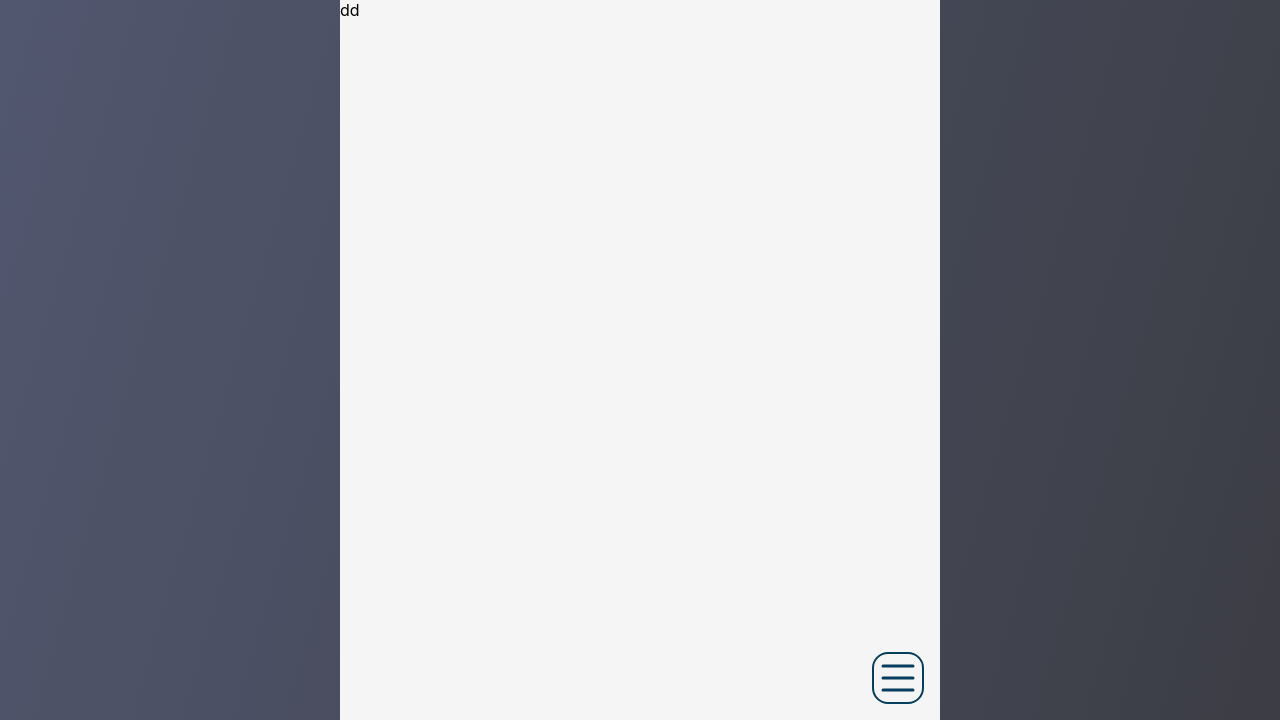
Repository: SeungYn/hanium
Page: /
An editor plug-in stored every save of this project. The page is shown before and after a run of saves, followed by the edit.
The browser window is 1280 px wide. The pictures show the whole page.
The project was rebuilt for these pictures with package versions that can differ from the ones it lists, and the page was loaded fresh each time. Also part of the build but not shown: src/App.css, src/components/ReadPopup/ReadPopup.module.css, src/components/ReadPopup/ReadPopup.jsx, src/pages/login/Login.jsx.

Above is the page before, as saved 2022-10-27 20:55:40.

### src/index.js
import React from 'react';
import ReactDOM from 'react-dom/client';
import './index.css';
import App from './App';

import { AuthErrorEventBus, AuthProvider } from './context/AuthContext';
import TokenStorage from './db/token';
import HttpClient from './network/http';
import AuthService from './service/auth';

const baseURL = 'https://a9eed7d2c59d48.lhr.life';
const tokenStorage = new TokenStorage();
const authErrorEventBus = new AuthErrorEventBus();
const httpClient = new HttpClient(baseURL, authErrorEventBus, tokenStorage);
const authService = new AuthService(httpClient, tokenStorage);

const root = ReactDOM.createRoot(document.getElementById('root'));
root.render(
  <React.StrictMode>
    <AuthProvider
      authService={authService}
      authErrorEventBus={authErrorEventBus}
      tokenStorage={tokenStorage}
    >
      <App authService={authService} />
    </AuthProvider>
  </React.StrictMode>
);

### src/index.css
:root {
  --color-darkBlue: #073d5d;
  --color-main: #42a5f5;
  --color-bg-dark: #f5f5f5;
  --color-bg: #fdfffd;
  --color-font: #073d5d;
  --color-accent: #073d5d;
  --color-font-accent: white;
  --color-error-bg: rgba(173, 173, 173, 0.401);
  --color-popup-bg: white;
  /* 사이즈 */
  --font-size-medium: 1.4rem;
  --font-size-small: 1rem;
}

* {
  box-sizing: border-box;
}

html,
body {
  height: 100%;
  width: 100%;
  margin: 0;
  background: rgb(81, 87, 111);
  background: linear-gradient(
    106deg,
    rgba(81, 87, 111, 1) 0%,
    rgba(60, 61, 69, 1) 100%
  );
  accent-color: var(--color-accent);
}
a {
  text-decoration: none;
  color: var(--color-font);
}
ul {
  padding: 0;
  margin: 0;
  list-style: none;
}
#root {
  height: 100%;
  width: 100%;
  max-width: 600px;
  background-color: var(--color-bg-dark);
  margin: auto;
  display: flex;
  flex-direction: column;
  position: relative;
}

button {
  cursor: pointer;
}
body {
  margin: 0;
  font-family: -apple-system, BlinkMacSystemFont, 'Segoe UI', 'Roboto', 'Oxygen',
    'Ubuntu', 'Cantarell', 'Fira Sans', 'Droid Sans', 'Helvetica Neue',
    sans-serif;
  -webkit-font-smoothing: antialiased;
  -moz-osx-font-smoothing: grayscale;
}

code {
  font-family: source-code-pro, Menlo, Monaco, Consolas, 'Courier New',
    monospace;
}

### src/App.js
import { useCallback } from 'react';
import { createBrowserRouter, RouterProvider } from 'react-router-dom';
import './App.css';
import FirstPage from './pages/firstPage/FirstPage';
import Root from './pages/Root';

// const router = createBrowserRouter([
//   {
//     path: '/',
//     element: <Root />,
//     children: [],
//   },
// ]);

function App({ authService }) {
  const router = useCallback(
    createBrowserRouter([
      {
        path: '/',
        element: <Root />,
        children: [
          { index: true, element: <FirstPage authService={authService} /> },
        ],
      },
    ]),
    [authService]
  );
  return <RouterProvider router={router} />;
}

export default App;

### src/context/AuthContext.jsx
import {
  createContext,
  createRef,
  useCallback,
  useContext,
  useEffect,
  useImperativeHandle,
  useMemo,
  useState,
} from 'react';
import ReadPopup from '../components/ReadPopup/ReadPopup';

import Login from '../pages/login/Login';

const AuthContext = createContext({});

const contextRef = createRef();

export function AuthProvider({
  authService,
  authErrorEventBus,
  children,
  tokenStorage,
}) {
  const [user, setUser] = useState(1);
  const [error, setError] = useState(null);

  const context = useMemo(() => ({}), []);

  const onLogin = async ({ loginId, password }) => {
    await authService
      .headerTokenLogin(loginId, password)
      .then((data) => {
        console.log(data);
        tokenStorage.saveUser({
          memberId: data.memberId,
          nickname: data.nickname,
        });
        setUser({ memberId: data.memberId, nickName: data.nickname });
        console.log(tokenStorage.getUser());
        return;
      })
      .catch((error) => {
        setError(error);
      });
  };

  const logout = useCallback(
    async () =>
      await authService.logout().then(() => {
        setUser(undefined);
      }),
    [authService]
  );

  useEffect(() => {
    authErrorEventBus.listen((err) => {
      console.log('err');
      console.log(err);
      setError(err);
      setUser(undefined);
      authService.logout();
    });
  }, [authErrorEventBus]);

  useEffect(() => {
    if (tokenStorage.getUser()) {
      setUser({ ...tokenStorage.getUser() });

      //nav('/');
    }

    //setUser({ token: localStorage.getItem('TOKEN') });
  }, []);

  return (
    <AuthContext.Provider value={context}>
      {user ? (
        children
      ) : (
        <>
          {error && (
            <ReadPopup content={error} onHandler={setError} type={'error'} />
          )}
          <Login authService={authService} onLogin={onLogin} />
        </>
      )}
    </AuthContext.Provider>
  );
}

export class AuthErrorEventBus {
  listen(callback) {
    this.callback = callback;
  }
  notify(error) {
    this.callback(error);
  }
}

export default AuthContext;
export const fetchToken = () => contextRef.current;
export const useAuth = () => useContext(AuthContext);

### src/db/token.js
const TOKEN = 'token';
const USER = 'user';
const USERNICKNAME = 'userNickName';
export default class TokenStorage {
  saveToken(token) {
    localStorage.setItem(TOKEN, token);
  }

  getToken() {
    return localStorage.getItem(TOKEN);
  }

  saveUser(user) {
    console.log(user);
    localStorage.setItem(USER, JSON.stringify(user));
    console.log(localStorage.getItem(USER));
  }

  getUser() {
    return JSON.parse(localStorage.getItem(USER));
  }

  clearToken() {
    console.log('토큰삭제');
    localStorage.clear(TOKEN);
  }
  clearUser() {
    console.log('유저삭제');
    localStorage.clear(USER);
  }
}

### src/network/http.js
export default class HttpClient {
  constructor(baseURL, authErrorEventBus, tokenStorage) {
    this.baseURL = baseURL;
    this.authErrorEventBus = authErrorEventBus;
    this.tokenStorage = tokenStorage;
  }

  async fetch(url, options) {
    console.log(`${this.baseURL}${url}`);
    let res = undefined;
    try {
      res = await fetch(`${this.baseURL}${url}`, {
        ...options,
        headers: {
          'Content-Type': 'application/json',
          ...options.headers,
        },
      });
      console.log(res);
    } catch (e) {
      const err = new Error('서버와 연결이 끊어졌습니다.');
      console.log(e);
      console.log('에러');
      throw err;
    }

    console.log(123);
    console.log(res);
    if (res.headers.get('Authorization')) {
      this.tokenStorage.saveToken(
        res.headers.get('Authorization').split(' ')[1]
      );
    }

    let data;
    console.log(res.headers);
    try {
      data = await res.json();
    } catch (error) {
      console.error('데이터 없어서 에러');
    }
    console.log(res);
    if (res.status > 299 || res.status < 200) {
      const message =
        data && data.message ? data.message : 'Something went wrong! 🤪';

      let error = new Error(message);

      if (res.status === 401) {
        console.log('401에러');
        error = new Error('로그인 정보가 잘 못 됐습니다.');
        this.authErrorEventBus.notify(error);
        return;
      }
      if (res.status === 400) {
        error.name = data.code ? data.code : '에러코드 등록 필요';
        console.log(error.message);
        throw error;
      }
      throw error;
    }

    return data;
  }
}

### src/service/auth.js
export default class AuthService {
  constructor(http, tokenStorage) {
    this.http = http;
    this.tokenStorage = tokenStorage;
  }

  //내 정보
  async getMyInfo() {
    const data = await this.http.fetch('/user', {
      method: 'GET',
      headers: this.getHeaders(),
    });
    return data;
  }

  //노드 /signup
  //스프링 /join
  async signup({
    nickname,
    loginId,
    password,
    email,
    sex,
    university,
    dept,
    sno,
  }) {
    console.log(nickname, loginId, password, email, sex, university, dept, sno);
    const data = await this.http.fetch('/auth/join', {
      method: 'POST',
      body: JSON.stringify({
        nickname,
        password,
        loginId,
        email,
        sex,
        university,
        dept,
        sno,
      }),
    });
    //this.tokenStorage.saveToken(data.token);
    return data;
  }

  //헤더로 토큰 받고 로그인
  async headerTokenLogin(loginId, password) {
    console.log(loginId, password);
    const data = await this.http.fetch(`/auth/login`, {
      method: 'POST',
      body: JSON.stringify({ loginId, password }),
    });
    // const res = await fetch(`${this.http.baseURL}/login`, {
    //   method: 'POST',
    //   headers: {
    //     'Content-Type': 'application/json',
    //   },
    //   body: JSON.stringify({ loginId, password }),
    // });

    // let data;
    // try {
    //   data = await res.json();
    // } catch (error) {
    //   console.error(error);
    // }

    // if (res.status > 299 || res.status < 200) {
    //   console.log('승유');
    //   const message =
    //     data && data.message ? data.message : 'Something went wrong! 🤪';
    //   const error = new Error(message);
    //   console.error('error = ', error);

    //   if (res.status === 401) {
    //     this.authErrorEventBus.notify(error);
    //   }
    //   if (res.status === 400) {
    //     error.name = data.code ? data.code : '에러코드 등록 필요';
    //     console.log(error.message);
    //     throw error;
    //   }
    //   throw error;
    // }
    // const token = res.headers.get('Authorization').split(' ')[1];
    // this.tokenStorage.saveToken(token);

    return data;
  }

  //노드서버 /idDuplicate
  //스프링서버 /duplicate-loginId
  async idDuplicateVerification(loginId) {
    const data = await this.http.fetch(`/auth/duplicate-loginId`, {
      method: 'POST',
      body: JSON.stringify({ loginId }),
    });
    return data;
  }

  async nicknameDuplicateVerification(nickname) {
    const data = await this.http.fetch(`/auth/duplicate-nickname`, {
      method: 'POST',
      body: JSON.stringify({ nickname }),
    });
    return data;
  }

  //이메일로 인증번호 받기
  async getEmailAuthenticationNumber(email) {
    console.log(email);
    const data = await this.http.fetch('/auth/mail-auth', {
      method: 'POST',
      body: JSON.stringify({
        email,
      }),
    });
    return data;
  }

  //인증번호 확인
  async authenticationNumberVerification(number) {
    const data = await this.http.fetch('/auth/mailcode-auth', {
      method: 'POST',
      body: JSON.stringify({
        code: number,
      }),
    });
    return data;
  }
  //노드서버 auth/login
  async login(loginId, password) {
    const data = await this.http.fetch('/auth/login', {
      method: 'POST',
      body: JSON.stringify({ loginId, password }),
    });
    this.tokenStorage.saveToken(data.token);
    return data;
  }

  async test() {
    const data = await this.http.fetch('/user', {
      method: 'GET',
      headers: this.getHeaders(),
    });
    return data;
  }

  async me() {
    const token = this.tokenStorage.getToken();
    return this.http.fetch('/me', {
      method: 'GET',
      headers: { Authorization: `Bearer ${token}` },
    });
  }

  async logout() {
    this.tokenStorage.clearToken();
    this.tokenStorage.clearUser();
  }

  getHeaders() {
    const token = this.tokenStorage.getToken();
    return {
      Authorization: `Bearer ${token}`,
    };
  }
}

### src/pages/firstPage/FirstPage.jsx
import React from 'react';

export default function FirstPage() {
  return <div>dd</div>;
}

### src/pages/Root.jsx
import React from 'react';
import { Outlet } from 'react-router-dom';
import Navbar from '../components/Navbar/Navbar';

export default function Root() {
  return (
    <>
      <Outlet />
      <Navbar />
    </>
  );
}

### src/components/Navbar/Navbar.jsx
import React, { useRef, useState } from 'react';
import { NavLink } from 'react-router-dom';
import styles from './Navbar.module.css';
import { AiOutlineHome } from 'react-icons/ai';
import { BsList, BsPerson } from 'react-icons/bs';
import { IoChatbubbleOutline } from 'react-icons/io5';
import { IconContext } from 'react-icons';

export default function Navbar() {
  //버튼 클릭시 넷바 위로 나타내기
  const navMenuRef = useRef();
  const btnRef = useRef();
  const [navToggle, setNavToggle] = useState(false);
  const handleBtn = (e) => {
    setNavToggle((t) => {
      if (t) btnRef.current.style.transform = 'rotate(0deg)';
      else btnRef.current.style.transform = 'rotate(30deg)';

      return !t;
    });

    console.log(e);
    const contents = [
      { path: '/', name: '홈', iconComponent: <AiOutlineHome /> },
      { path: '/group', name: '그룹', iconComponent: <BsList /> },
      { path: '/myGroup', name: '내 그룹', iconComponent: <BsList /> },
      { path: '/trade', name: '장터', iconComponent: <BsList /> },
      { path: '/myInfo', name: '내 정보', iconComponent: <BsPerson /> },
    ];
  };

  const test = <BsList />;
  console.log(navToggle ? styles.navAppear : styles.navDisappear);
  return (
    <nav className={styles.nav}>
      <IconContext.Provider value={{ className: styles.reactIcon }}>
        <div
          ref={navMenuRef}
          className={`${styles.navMenu} ${
            navToggle ? styles.navAppear : styles.navDisappear
          }`}
        ></div>
      </IconContext.Provider>
      <button ref={btnRef} className={styles.btn} onClick={handleBtn}>
        <BsList />
      </button>
    </nav>
  );
}

{
  /* <NavLink
            to='/'
            className={({ isActive }) =>
              isActive
                ? `${styles.active} ${styles.link}`
                : `${styles.unactive} ${styles.link}`
            }
          >
            <AiOutlineHome />
            <span className={styles.text}>홈</span>
          </NavLink>

          <NavLink
            to='/1'
            className={({ isActive }) =>
              isActive
                ? `${styles.active} ${styles.link}`
                : `${styles.unactive} ${styles.link}`
            }
          >
            <BsList />

            <span className={styles.text}>미정</span>
          </NavLink>

          <NavLink
            to='/2'
            className={({ isActive }) =>
              isActive
                ? `${styles.active} ${styles.link}`
                : `${styles.unactive} ${styles.link}`
            }
          >
            <IoChatbubbleOutline />
            <span className={styles.text}>그룹 채팅</span>
          </NavLink>

          <NavLink
            to='/4'
            className={({ isActive }) =>
              isActive
                ? `${styles.active} ${styles.link}`
                : `${styles.unactive} ${styles.link}`
            }
          >
            <IoChatbubbleOutline />
            <span className={styles.text}>장터 채팅</span>
          </NavLink>

          <NavLink
            to='/3'
            className={({ isActive }) =>
              isActive
                ? `${styles.active} ${styles.link}`
                : `${styles.unactive} ${styles.link}`
            }
          >
            <BsPerson />
            <span className={styles.text}>내정보</span>
          </NavLink> */
}

### src/pages/login/Login.module.css
button {
  outline: none;
  border: none;
  color: var(--color-font);
  border: 2px solid var(--color-font);
  padding: 0.4rem 0;
  background-color: transparent;
  border-radius: 1rem;
}

button:hover {
  background-color: var(--color-accent);
  color: var(--color-font-accent);
}

.container {
  display: flex;
  flex-direction: column;
  overflow-y: auto;
  align-items: center;
  width: 100%;
}
.authTitle {
  width: 100%;
  text-align: center;
  color: var(--color-font);
}
.authForm {
  width: 100%;
}

.authForm__itemList .authForm__item,
.authForm__itemList .authForm__emailGroup {
  margin-top: 0.6rem;
}

.authForm__emailGroup {
  display: flex;
}

.emailBtn {
  flex: 0 0 20%;
  font-size: var(--font-size-small);
}

label[for='signup'] {
  cursor: pointer;
}

.form_signup {
  margin-top: 0.6rem;
  text-align: center;
}

.auth_btn {
  margin-top: 0.6rem;
  width: 100%;
  font-size: var(--font-size-medium);
  outline: none;
  border: none;
  color: var(--color-font);
  border: 2px solid var(--color-font);
  padding: 0.4rem 0;
  background-color: transparent;
  border-radius: 1rem;
}

.auth_btn:hover {
  background-color: var(--color-accent);
  color: var(--color-font-accent);
}

### src/components/Navbar/Navbar.module.css
.nav {
  position: absolute;
  bottom: 1rem;
  right: 1rem;
  font-size: var(--font-size-medium);
  text-align: center;
  display: flex;
  flex-direction: column;
  justify-content: end;

  align-items: center;
  height: 50%;
}

.link {
  display: flex;
  align-items: center;
}

.link:hover {
  color: var(--color-font-accent);
  background-color: var(--color-accent);
}

.navMenu {
  /* opacity: 0;
  pointer-events: none;
  transition: all 0.1s ease-out; */

  transition: height 0.3s ease-in;
  overflow: hidden;
  height: 0%;
  display: flex;
  flex-direction: column;
  justify-content: end;
}

.navAppear {
  height: 100%;
}

.navDisappear {
  height: 0%;
}

.reactIcon {
  font-size: 4rem;
}

.btn {
  padding: 0;
  transition: all 0.1s ease-in;
  font-size: 3rem;
  display: flex;
  align-items: center;
  font-weight: bold;
}
.text {
  display: block;
  font-weight: bold;
  text-align: left;
}

/* @keyframes listUp {
  0% {
    height: 0%;
  }
  50% {
    height: 50%;
  }
  100% {
    height: 100%;
  }
} */

@media screen and (max-height: 800px) {
  .reactIcon {
    font-size: 3rem;
  }
}

Loaded but not shown: public/index.html (common file)

After the next 2 saves:
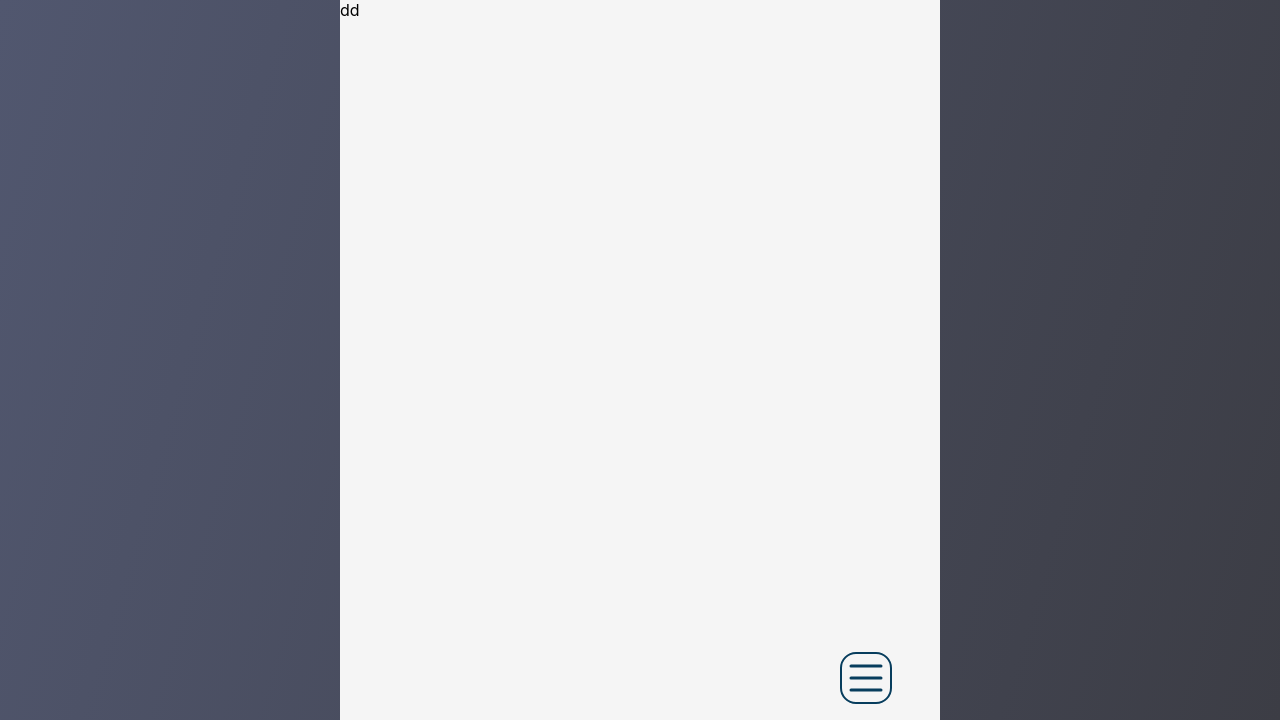
The 2 saves are shown as one change because 1 did not build or start.
The last was saved 111 s later.
--- a/src/components/Navbar/Navbar.jsx
+++ b/src/components/Navbar/Navbar.jsx
@@ -5,6 +5,14 @@ import { AiOutlineHome } from 'react-icons/ai';
 import { BsList, BsPerson } from 'react-icons/bs';
 import { IoChatbubbleOutline } from 'react-icons/io5';
 import { IconContext } from 'react-icons';
+
+const contents = [
+  { path: '/', name: '홈', iconComponent: <AiOutlineHome /> },
+  { path: '/group', name: '그룹', iconComponent: <BsList /> },
+  { path: '/myGroup', name: '내 그룹', iconComponent: <BsList /> },
+  { path: '/trade', name: '장터', iconComponent: <BsList /> },
+  { path: '/myInfo', name: '내 정보', iconComponent: <BsPerson /> },
+];
 
 export default function Navbar() {
   //버튼 클릭시 넷바 위로 나타내기
@@ -20,13 +28,6 @@ export default function Navbar() {
     });
 
     console.log(e);
-    const contents = [
-      { path: '/', name: '홈', iconComponent: <AiOutlineHome /> },
-      { path: '/group', name: '그룹', iconComponent: <BsList /> },
-      { path: '/myGroup', name: '내 그룹', iconComponent: <BsList /> },
-      { path: '/trade', name: '장터', iconComponent: <BsList /> },
-      { path: '/myInfo', name: '내 정보', iconComponent: <BsPerson /> },
-    ];
   };
 
   const test = <BsList />;
@@ -39,7 +40,21 @@ export default function Navbar() {
           className={`${styles.navMenu} ${
             navToggle ? styles.navAppear : styles.navDisappear
           }`}
-        ></div>
+        >
+          {contents.map(({ path, name, iconComponent }) => (
+            <NavLink
+              to={path}
+              className={({ isActive }) =>
+                isActive
+                  ? `${styles.active} ${styles.link}`
+                  : `${styles.unactive} ${styles.link}`
+              }
+            >
+              {iconComponent}
+              <span className={styles.text}>{name}</span>
+            </NavLink>
+          ))}
+        </div>
       </IconContext.Provider>
       <button ref={btnRef} className={styles.btn} onClick={handleBtn}>
         <BsList />
